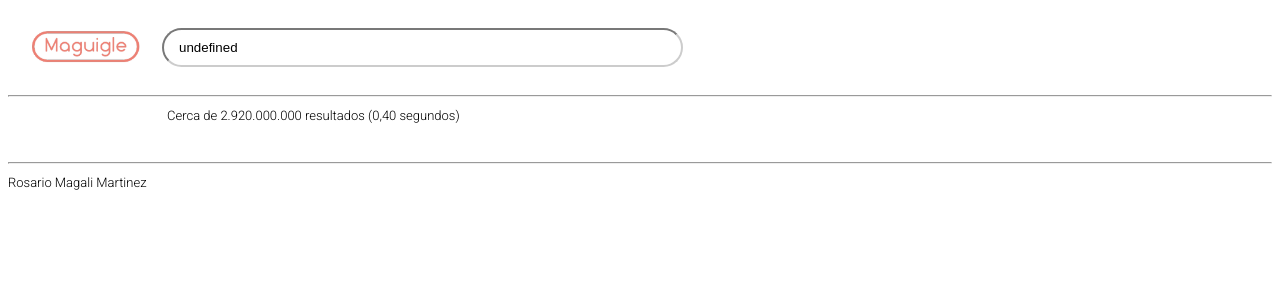
Repository: Rmmartinez/maguigle
Page: maguigle/src/main/resources/static/resultados.html
These files come from the project's save history. The page is drawn as it stood at one moment and after the next save; the edit follows.
The browser window is 1280 px wide. The pictures show the whole page.
The page's requests for data from a server got no answer.

Above is the page before, as saved 2023-07-30 03:14:03.

After the next save:
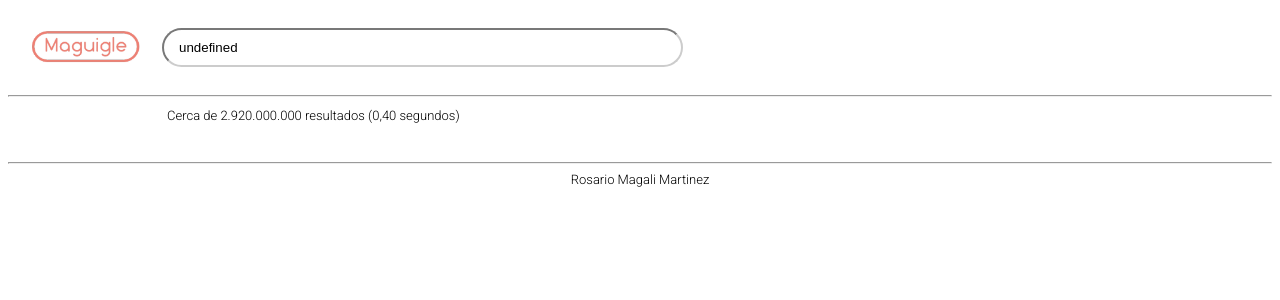
Saved 51 s later.
--- a/maguigle/src/main/resources/static/resultados.html
+++ b/maguigle/src/main/resources/static/resultados.html
@@ -27,9 +27,11 @@
 
 
     </div>
-    <span class="footer">
+    <div  class="footer">
+    <span>
                 Rosario Magali Martinez
         </span>
+    </div>
 
 <script>
     let aux = document.location.href.split('?query=');
